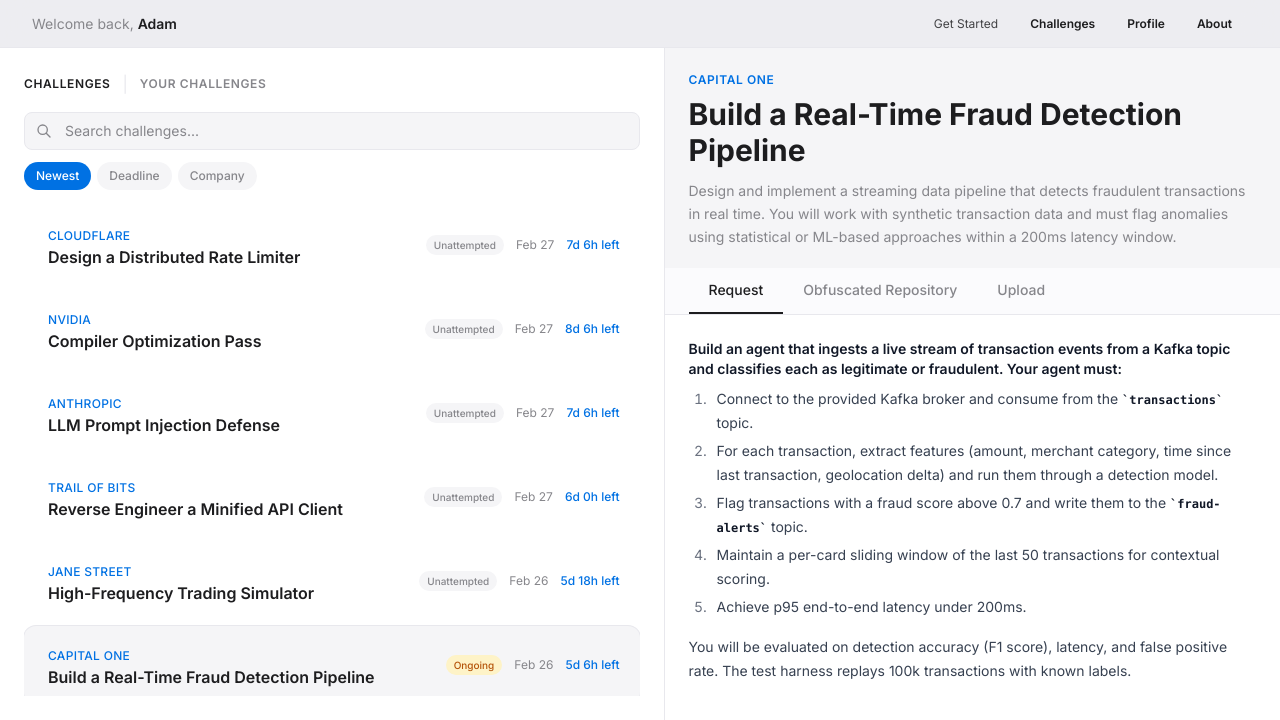
Repository: Ypout07/raikes-hacks
Page: / (app in web/)
The author's editor kept a copy of each file at every save. The page is drawn from the files as they stood at one save, then again after the next save.
The browser window is 1280 px wide. The pictures show the whole page.
An inner scrolling area shows only its first screen. The project was rebuilt for these pictures with package versions that can differ from the ones it lists, and the page was loaded fresh each time. The framework's server and built-in components were replaced by stand-ins that run in the browser. Also part of the build but not shown: web/next.config.ts.

Above is the page before, as saved 2026-02-28 21:57:18.

After the next save:
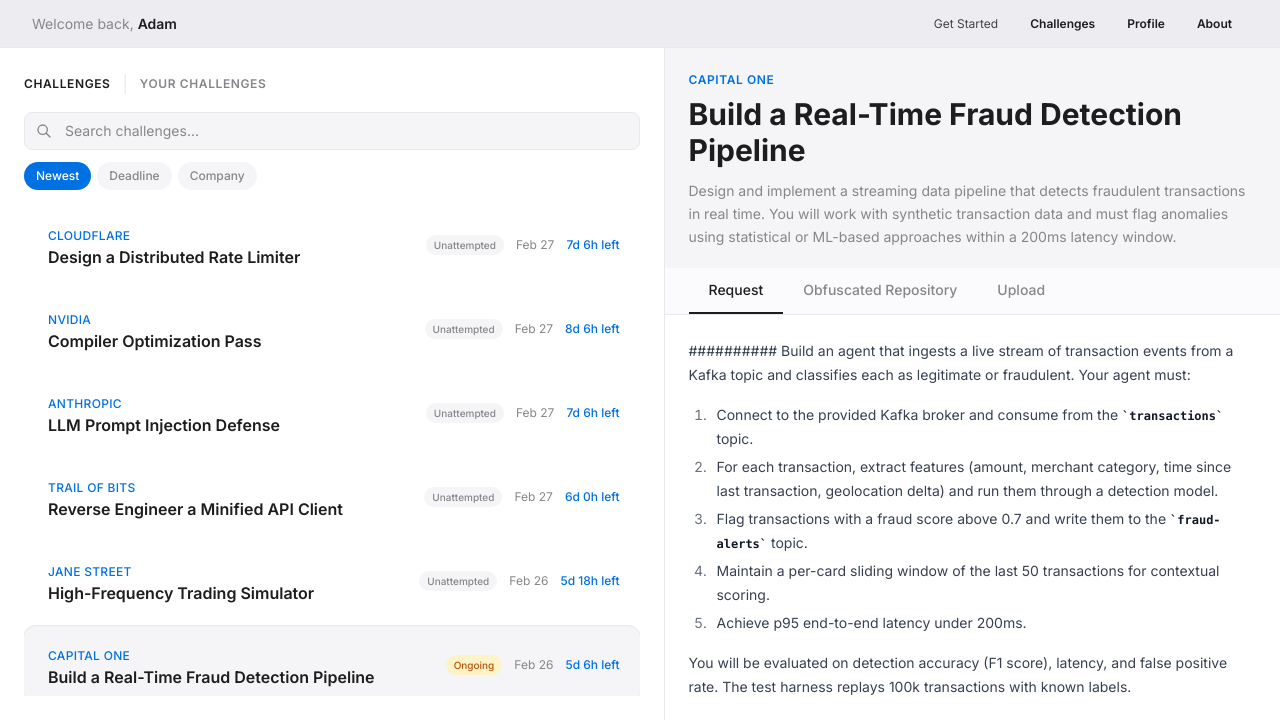
Saved 7 s later.
--- a/web/src/lib/mockChallenges.ts
+++ b/web/src/lib/mockChallenges.ts
@@ -8,7 +8,7 @@
         description:
             "Design and implement a streaming data pipeline that detects fraudulent transactions in real time. You will work with synthetic transaction data and must flag anomalies using statistical or ML-based approaches within a 200ms latency window.",
         request:
-            "#### Build an agent that ingests a live stream of transaction events from a Kafka topic and classifies each as legitimate or fraudulent. Your agent must:\n\n1. Connect to the provided Kafka broker and consume from the `transactions` topic.\n2. For each transaction, extract features (amount, merchant category, time since last transaction, geolocation delta) and run them through a detection model.\n3. Flag transactions with a fraud score above 0.7 and write them to the `fraud-alerts` topic.\n4. Maintain a per-card sliding window of the last 50 transactions for contextual scoring.\n5. Achieve p95 end-to-end latency under 200ms.\n\nYou will be evaluated on detection accuracy (F1 score), latency, and false positive rate. The test harness replays 100k transactions with known labels.",
+            "########## Build an agent that ingests a live stream of transaction events from a Kafka topic and classifies each as legitimate or fraudulent. Your agent must:\n\n1. Connect to the provided Kafka broker and consume from the `transactions` topic.\n2. For each transaction, extract features (amount, merchant category, time since last transaction, geolocation delta) and run them through a detection model.\n3. Flag transactions with a fraud score above 0.7 and write them to the `fraud-alerts` topic.\n4. Maintain a per-card sliding window of the last 50 transactions for contextual scoring.\n5. Achieve p95 end-to-end latency under 200ms.\n\nYou will be evaluated on detection accuracy (F1 score), latency, and false positive rate. The test harness replays 100k transactions with known labels.",
         postedAt: "2026-02-26T10:00:00Z",
         deadline: "2026-03-05T23:59:00Z",
         status: "ongoing",
